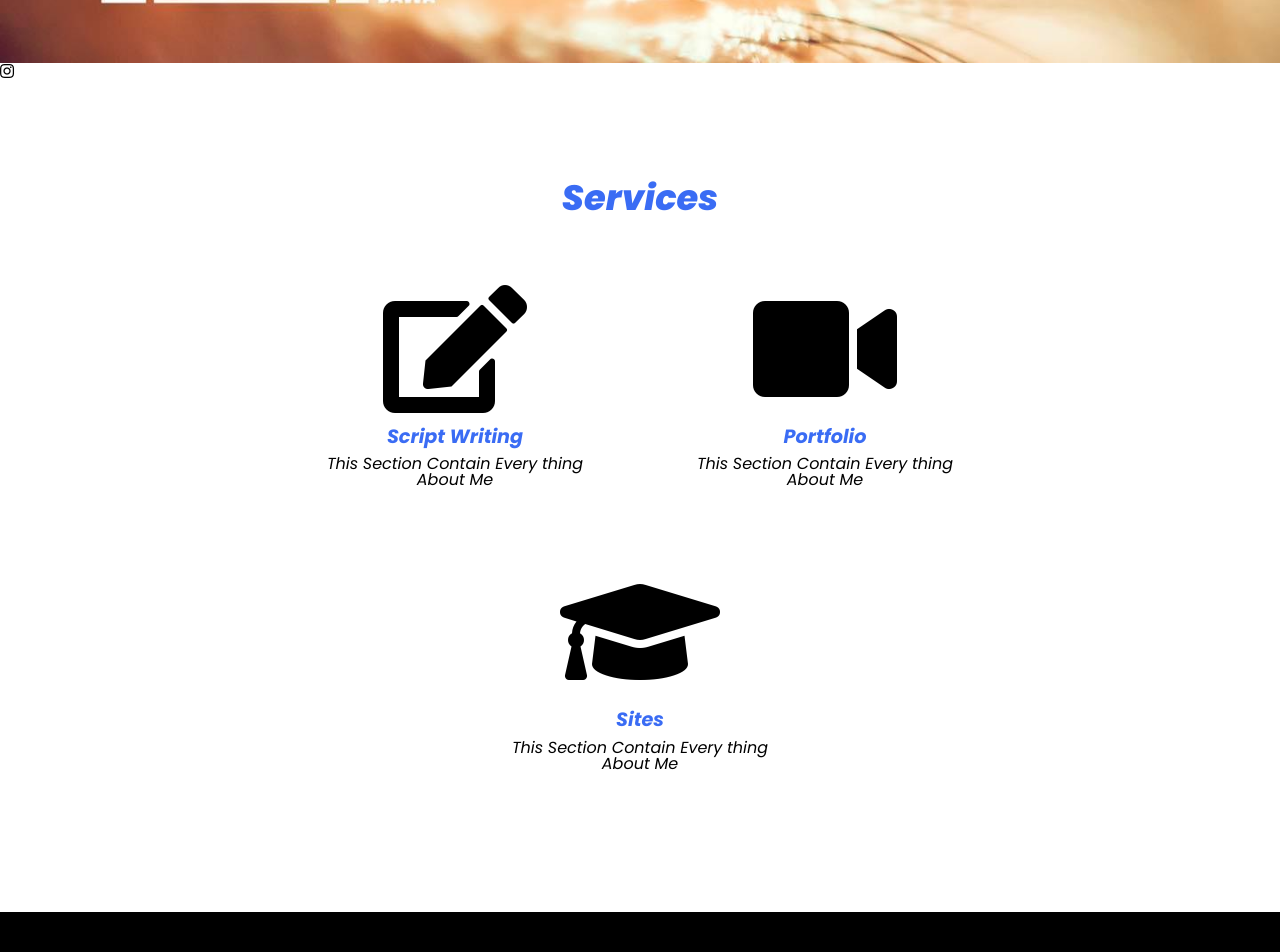
Repository: khaleddawa/My-Portfolio
Page: Index.html
An editor plug-in stored every save of this project. The page is shown before and after a run of saves, followed by the edit.
The browser window is 1280 px wide. The pictures show the part of the page from y = 657 to 1609 px (the page is 3240 px tall before and 3568 px after).
A picture or video elsewhere on the page could not be fetched, so the positions and the page height are approximate. Backgrounds fixed to the window are drawn as part of the page.

Above is the page before, as saved 2023-11-14 16:33:43.

### Index.html
<!DOCTYPE html>
<html lang="en">

<head>
  <meta charset="UTF-8" />
  <meta http-equiv="X-UA-Compatible" content="IE=edge" />
  <meta name="viewport" content="width=device-width, initial-scale=1.0" />
  <link rel="Stylesheet" href="https://cdnjs.cloudflare.com/ajax/libs/font-awesome/5.15.4/css/all.min.css" />
  <link rel="Stylesheet" href="Style.css" />
  <title>Khaled Dawa</title>
</head>

<body>
  <header>
    <a href="#" class="logo">Dawa</a>
    <nav class="navigation">
      <a href="#services">Services</a>
      <a href="#projects">Projects</a>
      <a href="#contact">Contact</a>
    </nav>
  </header>

  <section class="main">
    <div>
      <h2>
        Hello I'm Dawa<br />
        <span>AI&Softwear Engineer</span>
      </h2>
      <h3>AN INNOVATIVE BEGINNER LOOKING FORWARD</h3>
      <a href="projects" class="main-btn">Viwe My Work</a>
      <div class="social-icons">
        <a href="linkedin.com/in/khaleddawa"><i class="fab fa-linkedin-in"></i></a>
        <a href="https://www.facebook.com/effdhsdhfjjjjjjjjjjj?mibextid=ZbWKwL"><i class="fab fa-facebook-f"></i></a>
        <a href="https://instagram.com/5aled_dawa_?igshid=MzNlNGNkZWQ4Mg=="><i class="fab fa-instagram"><i /></a>
        <a href="https://github.com/khaleddawa"><i class="fab fa-github"></i></a>
      </div>
    </div>
  </section>
  <section class="cards" id="services">
    <h2 class="title">Services</h2>
    <div class="content">
      <div class="card">
        <div class="icon">
          <i class="fas fa-edit"></i>
        </div>
        <div class="info">
          <h3>Script Writing</h3>
          <p>This Section Contain Every thing About Me</p>
        </div>
      </div>
      <div class="card">
        <div class="icon">
          <i class="fas fa-video"></i>
        </div>
        <div class="info">
          <h3>Portfolio</h3>
          <p>This Section Contain Every thing About Me</p>
        </div>
      </div>
      <div class="card">
        <div class="icon">
          <i class="fas fa-graduation-cap"></i>
        </div>
        <div class="info">
          <h3>Sites</h3>
          <p>This Section Contain Every thing About Me</p>
        </div>
      </div>
    </div>
  </section>

  <section class="projects" id="projects">
    <h2 class="title">Projects</h2>
    <div class="content">
      <div class="project-card">
        <div class="project-image">
          <img src="D:\Portfolio website\images\1.jpg" alt="" />
        </div>
        <div class="project-info">
          <p class="project-category">Embeded System & IOT</p>
          <strong class="project-title">
            <span>Voice LED</span>
            <a href="#" class="more-details">More Details</a>
          </strong>
        </div>
      </div>
      <div class="content">
        <div class="project-card">
          <div class="project-image">
            <img src="D:\Portfolio website\images\3.jpg" alt="" />
          </div>
          <div class="project-info">
            <p class="project-category">AI Engineer</p>
            <strong class="project-title">
              <span>Data Analysis</span>
              <a href="#" class="more-details">More Details</a>
            </strong>
          </div>
        </div>
        <div class="content">
          <div class="project-card">
            <div class="project-image">
              <img src="D:\Portfolio website\images\2.jpg" alt="" />
            </div>
            <div class="project-info">
              <p class="project-category">Softwear Engineer</p>
              <strong class="project-title">
                <span>Website</span>
                <a href="#" class="more-details">More Details</a>
              </strong>
            </div>
          </div>
        </div>
  </section>
  <section class="cards contact" id="contact">
    <h2 class="title">Let’s Work Together</h2>
    <div class="content">
      <div class="card">
        <div class="icon">
          <i class="fas fa-phone"></i>
        </div>
        <div class="info">
          <h3>Phone</h3>
          <p>+201029161099</p>
        </div>
      </div>
      <div class="card">
        <div class="icon">
          <i class="fas fa-envelope"></i>
        </div>
        <div class="info">
          <h3>Email</h3>
          <p>khaleddawa28@gmail.com</p>
        </div>
      </div>
    </div>
  </section>
  <footer class="footer">
    <p class="footer-title">ENG @ <span>Khaled Dawa</span></p>
    <div class="social-icons">
      <a href="linkedin.com/in/khaleddawa"><i class="fab fa-linkedin-in"></i></a>
      <a href="https://www.facebook.com/effdhsdhfjjjjjjjjjjj?mibextid=ZbWKwL"><i class="fab fa-facebook-f"></i></a>
      <a href="https://instagram.com/5aled_dawa_?igshid=MzNlNGNkZWQ4Mg=="><i class="fab fa-instagram"></i></a>
      <a href="https://github.com/khaleddawa"><i class="fab fa-github"></i></a>
    </div>
  </footer>
</body>

</html>

### Style.css
@import url("https://fonts.googleapis.com/css2?family=Poppins:ital,wght@0,100;0,200;0,300;0,400;0,500;0,600;0,700;0,800;0,900;1,100;1,200;1,300;1,400;1,500;1,600;1,700;1,800;1,900&display=swap");

* {
  font-family: "Poppins", sans-serif;
  margin: 0;
  padding: 0;
  box-sizing: border-box;
  scroll-behavior: smooth;
}

header {
  background-color: rgb(0, 0, 0);
  width: 100%;
  position: fixed;
  z-index: 999;
  display: flex;
  justify-content: space-between;
  align-items: center;
  padding: 10px 200px;
}

.logo {
  text-decoration: none;
  color: #3a6cf4;
  text-transform: uppercase;
  font-weight: 700;
  font-size: 1.8em;
}

.navigation a {
  color: #3a6cf4;
  text-decoration: none;
  font-size: 1.1em;
  font-weight: 500;
  padding-left: 30px;
}

.navigation a:hover {
  color: #601cfc;
}

section {
  padding: 100px 200px;
}

.main {
  width: 100%;
  min-height: 100vh;
  display: flex;
  align-items: center;
  background: url(images/121336092_3318412491529928_6089551610632413490_o.jpg) no-repeat;
  background-size: cover;
  background-position: center;
  background-attachment: fixed;
}

.main h2 {
  color: #000000;
  font-size: 1.4em;
  font-weight: 500;
}

.main h2 span {
  display: inline-block;
  margin-top: 10px;
  color: #3a6cf4;
  font-size: 3em;
  font-weight: 600;
}

.main h3 {
  color: #000000;
  font-size: 2em;
  font-weight: 700;
  letter-spacing: 1px;
  margin-top: 10px;
  margin-bottom: 30px;
}

.main-btn {
  color: #fff;
  background-color: #3a6cf4;
  text-decoration: none;
  font-size: 1.1em;
  font-weight: 600;
  display: inline-block;
  padding: 0.9375em 2.1875em;
  letter-spacing: 1px;
  border-radius: 15px;
  margin-bottom: 40px;
  transition: 0.7s ease;
}

.main-btn:hover {
  background-color: #0a49f6;
  transform: scale(0.9);
}

.social-icons a {
  color: #000000;
  font-size: 1.7em;
  padding-right: 30px;
}

.title {
  display: flex;
  justify-content: center;
  color: #3a6cf4;
  font-size: 2.2em;
  font-weight: 800;
  margin-bottom: 30px;
}

.content {
  display: flex;
  justify-content: center;
  flex-direction: row;
  flex-wrap: wrap;
}


.card {
  background-color: #fff;
  width: 21.25em;
  h
  box-shadow: 0 5px 25px rgba(1 1 1 /50%);
  border-radius: 10px;
  padding: 25px;
  margin: 15px;
  transition: 0.7s ease;
}

.card:hover {
  transform: scale(0.9);
}

.icon {
  color: #000000;
  font-size: 8em;
  text-align: center;
}

.info {
  text-align: center;
}

.info h3 {
  color: #3a6cf4;
  font-size: 1.2em;
  font-weight: 700;
  margin: 10px;
}

.projects {
  background-color: #000000;
}

.projects .content {
  margin-top: 30px;
}

.project-card {
  background-color: #fff;
  border: 1px solid #fff;
  min-height: 14em;
  width: 23em;
  overflow: hidden;
  border-radius: 10px;
  margin: 20px;
  transition: 0.7s ease;
}

.project-card:hover {
  transform: scale(0.9);
}

.project-card:hover .project-image {
  opacity: 0.9;
}

.project-image img {
  width: 100%;
}

.project-info {
  padding: 1em;
}

.project-category {
  font-size: 0.8em;
  color: #000000;
}

.project-title {
  display: flex;
  justify-content: space-between;
  text-transform: uppercase;
  font-weight: 800;
  margin-top: 10px;
}

.more-details {
  text-decoration: none;
  color: #3a6cf4;
}

.more-details:hover {
  color: #601cfc;
}

.contact .icon {
  font-size: 4.5em;
}

.contact .info h3 {
  color: #3a6cf4;
}

.contact .info p {
  font-size: 1.4em;
  text-align: center;
}

.footer {
  background-color: #000000;
  color: #0a49f6;
  padding: 2em;
  display: flex;
  justify-content: space-between;
}

.footer-title {
  font-size: 1.3em;
  font-weight: 600;
  color: #fff;
}

.footer-title span {
  color: #3a6cf4;
}

.footer .social-icons a {
  color: #fff;
  font-size: 1.3em;
}

@media (max-width:1023px) {
  .header {
    padding: 12px 20px;
  }

  .navigation a {
    padding-left: 10px;
  }

  .title {
    font-size: 1.8em;
  }

  .section {
    padding: 80px 20px;
  }

  .main-content h2 {
    font-size: 1em;
  }

  .main-content h3 {
    font-size: 1.6em;
  }

  .content {
    flex-direction: column;
    align-items: center;
  }
}

@media (max-width:641px) {
  body {
    font-size: 12px;
  }

  .main-content h2 {
    font-size: 0.8em;
  }

  .main-content h3 {
    font-size: 1.4em;
  }
}

@media (max-width:300px) {
  body {
    font-size: 10px;
  }
}

After the next 4 saves:
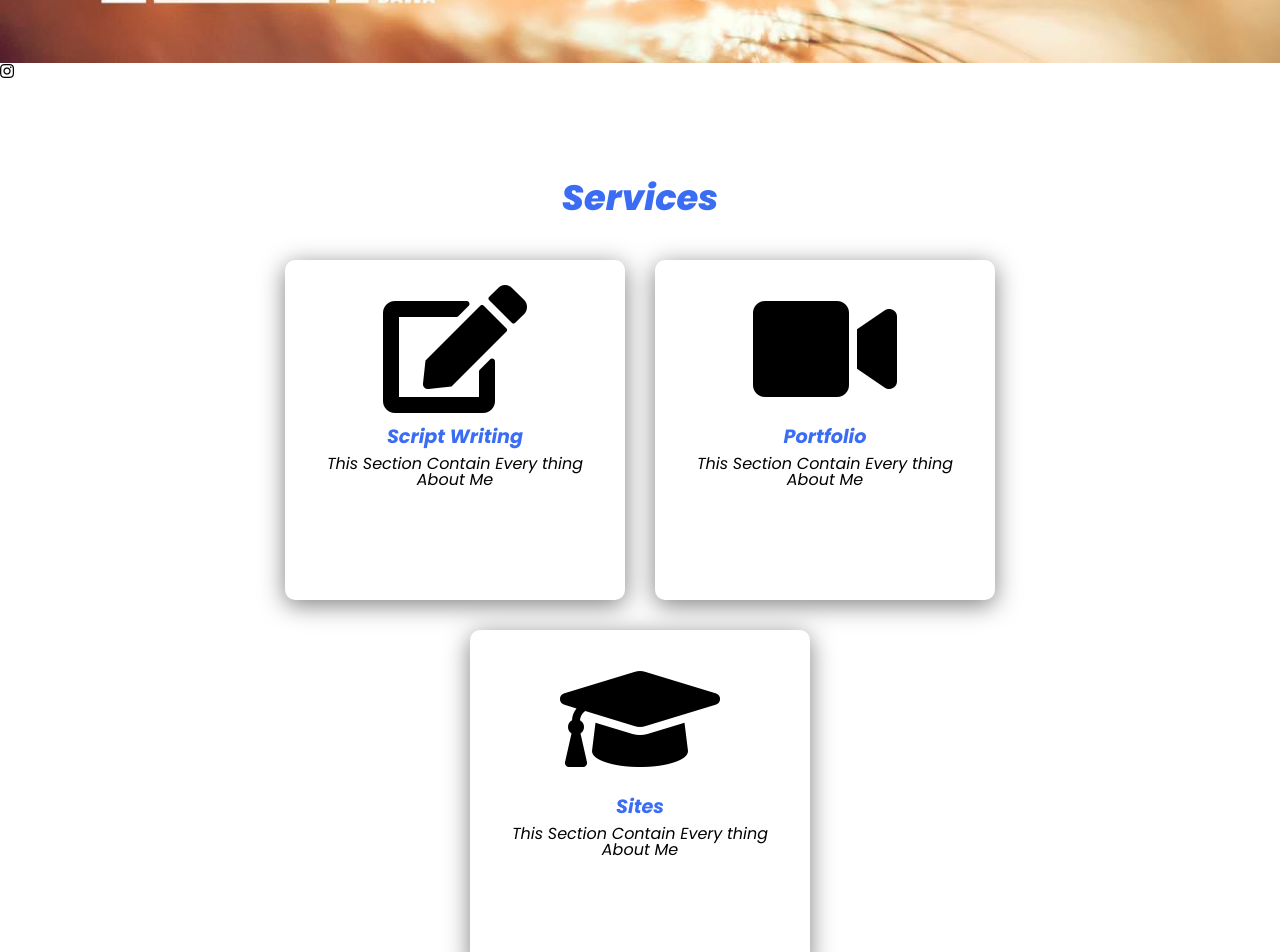
The 4 saves are shown as one change because they came seconds apart.
The last was saved 10 s later.
--- a/Style.css
+++ b/Style.css
@@ -122,7 +122,7 @@ section {
 .card {
   background-color: #fff;
   width: 21.25em;
-  h
+  height: 21.25em;
   box-shadow: 0 5px 25px rgba(1 1 1 /50%);
   border-radius: 10px;
   padding: 25px;
